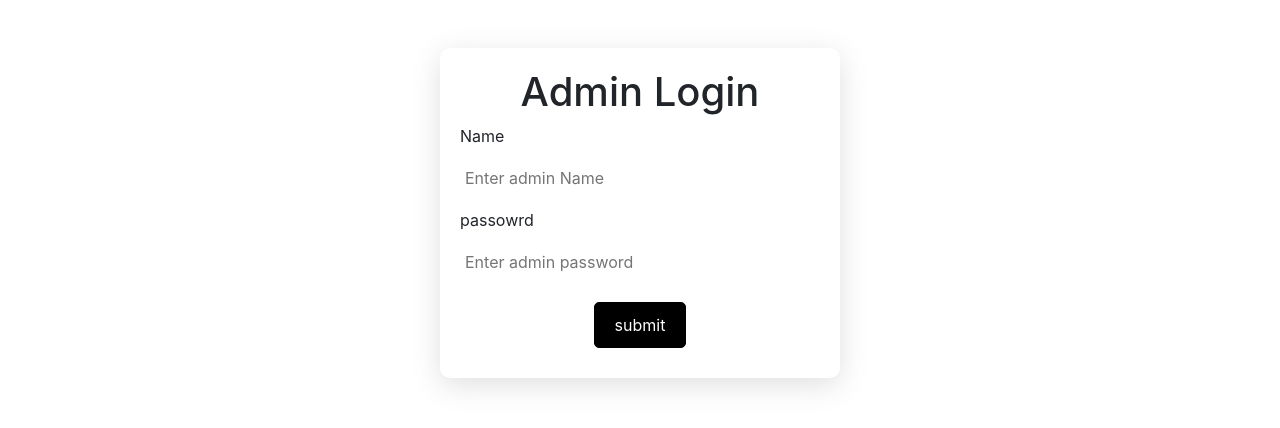
Repository: parthikjadav/parthik-react-practicle-exam
Page: /
These files come from the project's save history. The page is drawn as it stood at one moment and after the next save; the edit follows.
The browser window is 1280 px wide. The pictures show the whole page.
The project was rebuilt for these pictures with package versions that can differ from the ones it lists, and the page was loaded fresh each time. Requests to the local data server were answered from the project's data file. Also part of the build but not shown: src/App.css, src/componet/page/Reservationform.jsx, src/componet/page/Reservationlist.jsx, src/componet/header/navdata.js, src/componet/header/Navbar.jsx.

Above is the page before, as saved 2024-05-16 10:49:34.

After the next save:
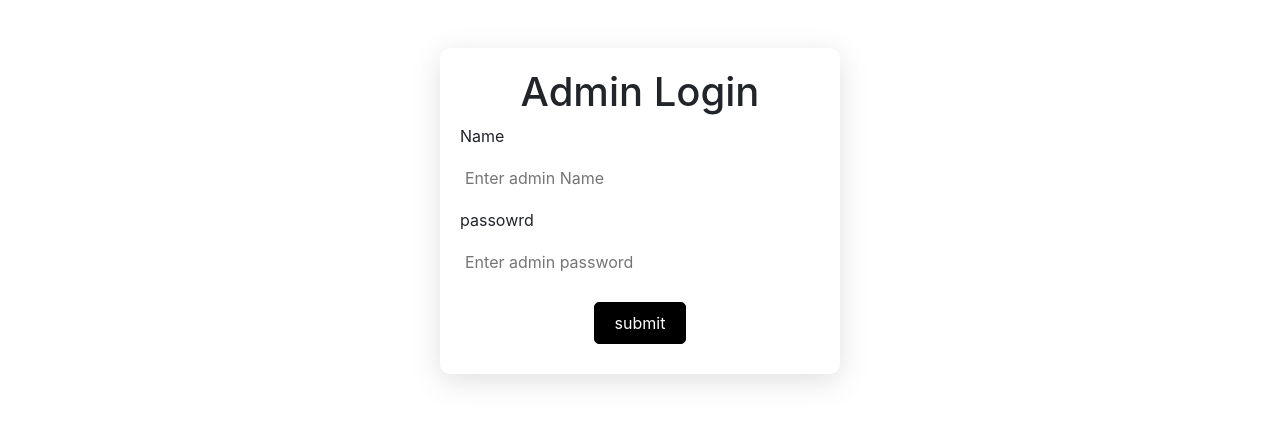
Saved 7 s later.
--- a/src/componet/page/AdminLogin.css
+++ b/src/componet/page/AdminLogin.css
@@ -28,7 +28,7 @@
   background-color: black;
   color: white;
   cursor: pointer;
-  padding: 10px 20px;
+  padding: 8px 20px;
 }
 .form button:hover{
   background-color: white;
